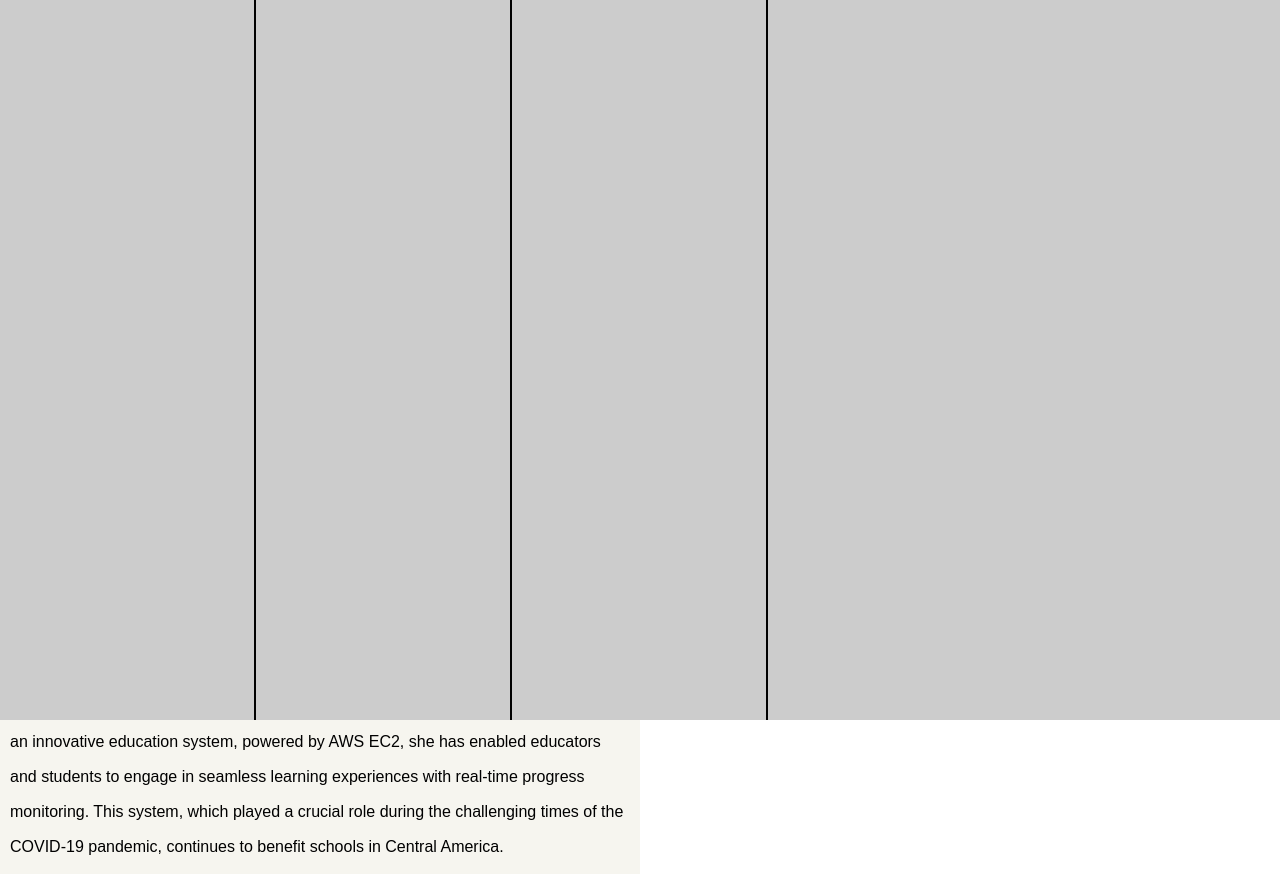
Repository: tessa5/developerPortfolio
Page: public/bio.html
These files come from the project's save history. The page is drawn as it stood at one moment and after a run of saves; the edit follows.
The browser window is 1280 px wide. The pictures show the whole page.
The pointer rests on the first visible `ul`.

Above is the page before, as saved 2023-08-08 14:33:30.

### public/bio.html
<!DOCTYPE html>
<html lang="en">
<head>
    <meta charset="UTF-8">
    <meta name="viewport" content="width=device-width, initial-scale=1.0">
    <title>Document</title>
    <link rel="stylesheet" href="assets/styles/bio.css">
</head>
<body>
    <section>
        <ul>
            <li></li>
            <li></li>
            <li></li>
        </ul>

    </section>
    <h3>Bio</h3>
    <p class="bio">
        Ms. Teresia Kamau is a professional, currently working as the Senior Manager and Team Leader at Gyeonggi Business and Science Accelerator Africa branch. With a passion for technology, she has set her sights on transitioning fully into the tech industry as an AWS Ops leader within the next 1.5 years. <br/>Determined to stay ahead in this competitive field, she has set a challenging target of passing the AWS certificate exam within the next 7 months.
In 3 years, she plans to launch a mentorship program specifically catering to women looking to venture into the realms of AR and AI. With her vision, she aims to create a supportive and inclusive environment for aspiring female technologists, driving innovation and progress in the industry.
<br/>Teresia has an impressive track record of achievements, exemplifying her capability as a leader and a visionary. In just two years, she has ascended to the role of Senior Manager and Team Leader, showcasing her exceptional leadership skills and strategic acumen. <br/>Moreover, Teresia's abilities in forging international partnerships and driving business growth enabled her to facilitate contracts worth a staggering $600,000 between Korean companies and entities in East Africa.
Beyond her corporate achievements, Teresia has made a significant impact in the field of education. Collaborating in the development of an innovative education system, powered by AWS EC2, she has enabled educators and students to engage in seamless learning experiences with real-time progress monitoring. This system, which played a crucial role during the challenging times of the COVID-19 pandemic, continues to benefit schools in Central America.

    </p>
</body>
</html>

### public/assets/styles/bio.css
body {
    margin: 0;
    padding:0;
    font-family: sans-serif;
}
ul {
    position: absolute;
    top: 0;
    left: 0;
    width: 100%;
    height:100vh;
    background: #ccc;
    margin:0;
    padding:0;
}
ul li {
    list-style:none;
    position:relative;
    width:33%;
    height:100%;
    border-right: 2px solid #000;
    float: left;
    box-sizing:border-box;
    transition: 0.5s;
    text-align: center;
}

ul li:hover {
    width:60%
}

ul:hover li {
    width: 20%
}
p {

    width:50%;
    float: left;
    height:100%;
    line-height:35px;
    background:#f6f5ef;
    padding:10px;
    margin-top:5px;
    box-sizing: border-box;
    word-break: keep-all;
    padding-top:30px;
}

After the next 4 saves:
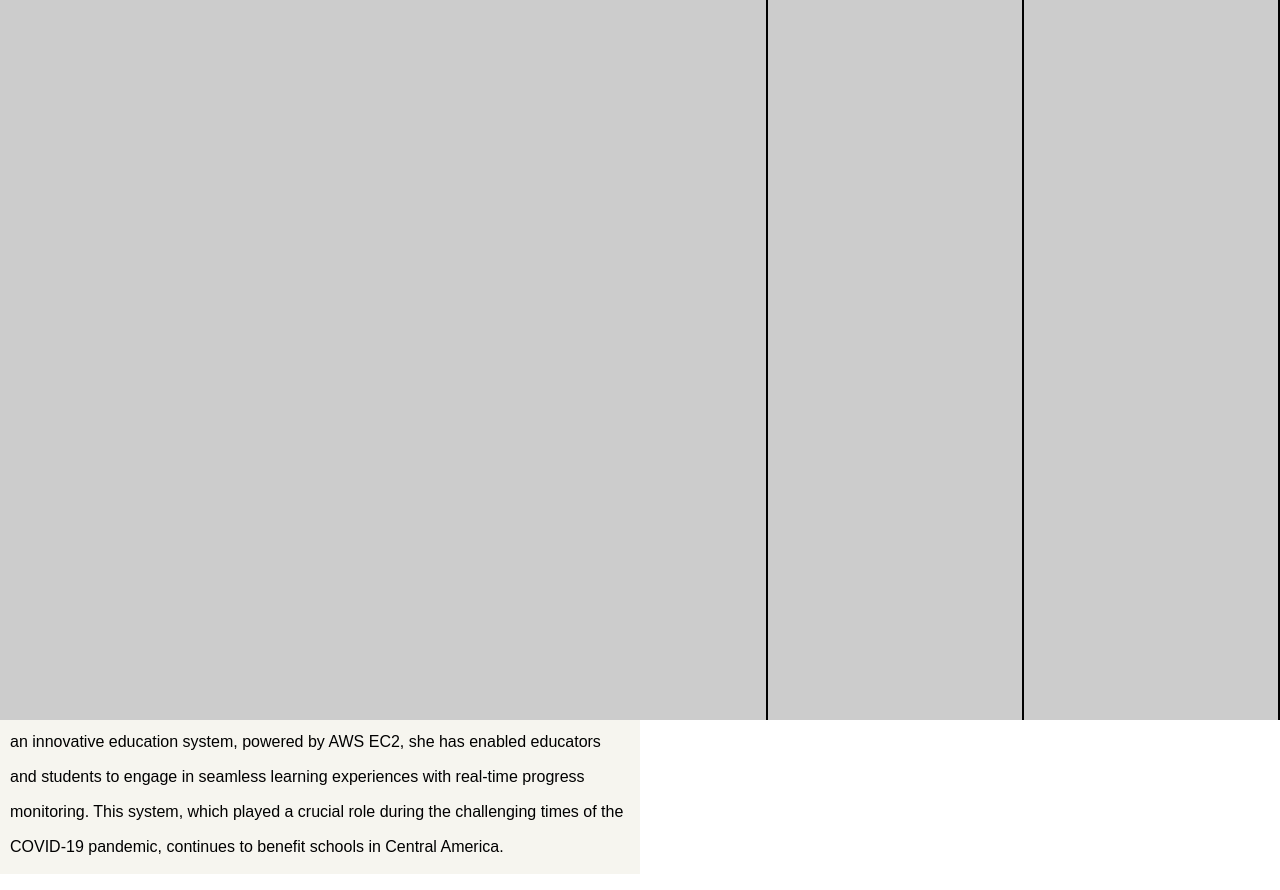
The 4 saves are shown as one change because they came seconds apart.
The last was saved 39 s later.
--- a/public/assets/styles/bio.css
+++ b/public/assets/styles/bio.css
@@ -25,13 +25,14 @@ ul li {
     text-align: center;
 }
 
+ul:hover li {
+    width: 20%
+}
+
 ul li:hover {
     width:60%
 }
 
-ul:hover li {
-    width: 20%
-}
 p {
 
     width:50%;
